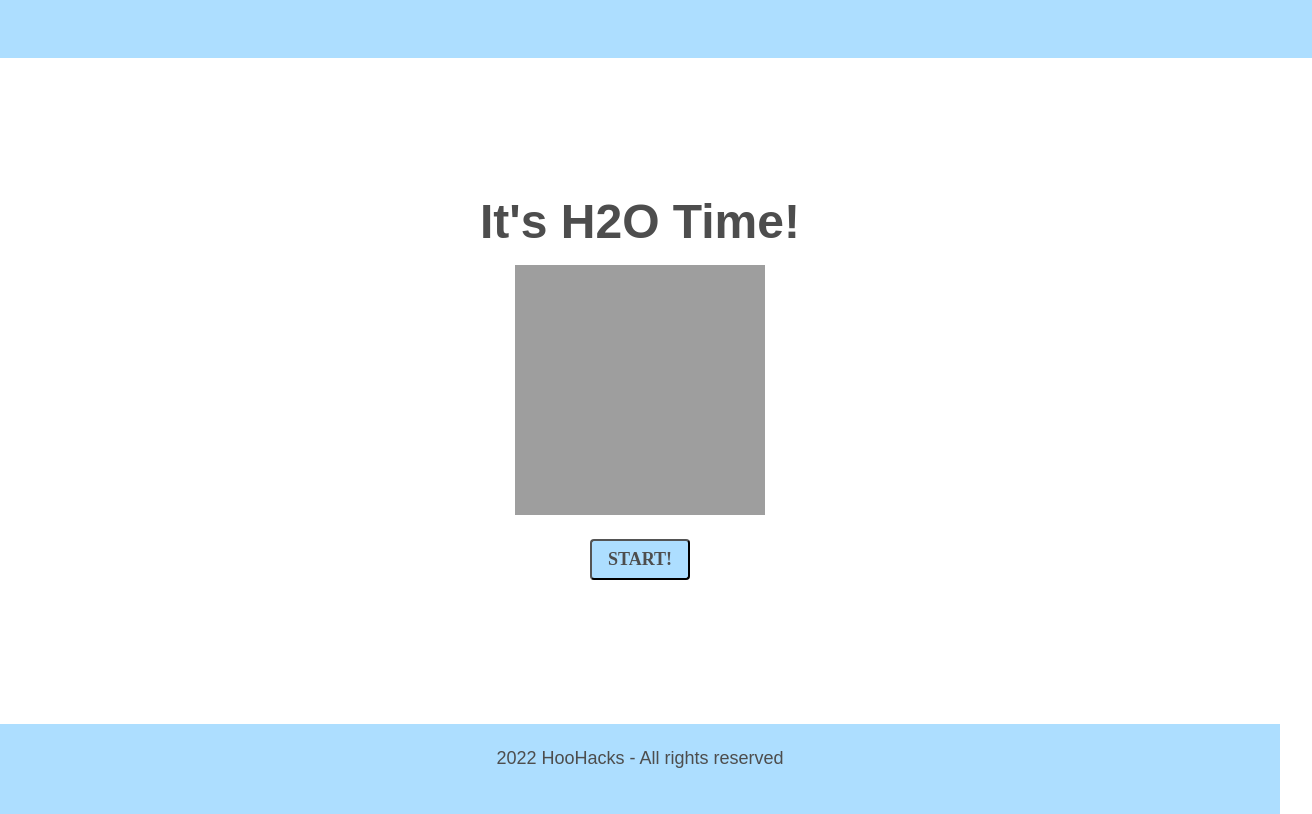
Repository: jennyjjung/H2ODaily
Page: index.html
An editor plug-in stored every save of this project. The page is shown before and after the next save, followed by the edit.
The browser window is 1280 px wide. The page is 1312 px wide, so the pictures cover 1312 px, including what lies to the right of the window. The pictures show the whole page.
Pictures or frames that could not be fetched are drawn as grey boxes. Some web fonts or font styles are not loaded; a fallback is used.

Above is the page before, as saved 2022-03-26 16:25:11.

After the next save:
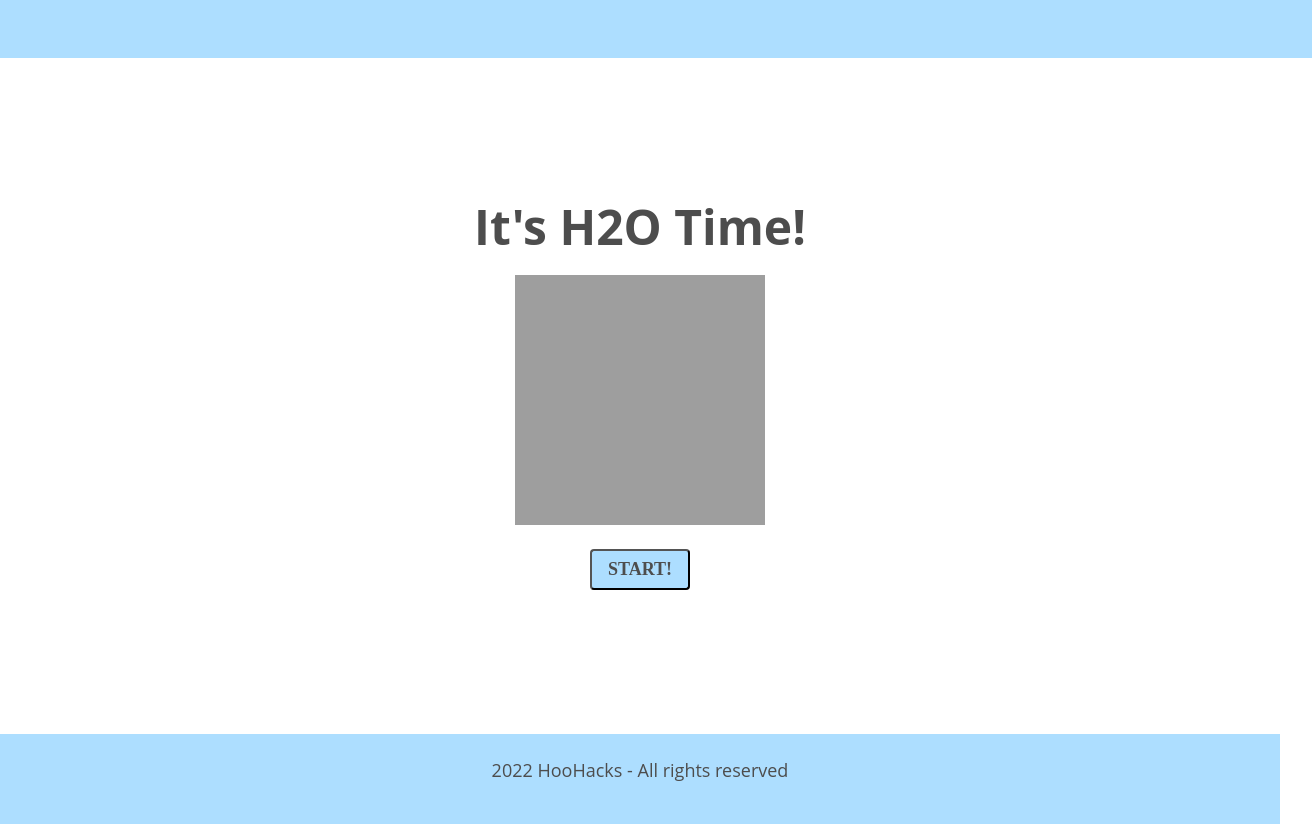
Saved 32 s later.
--- a/style.css
+++ b/style.css
@@ -24,7 +24,7 @@
 
 body {
   margin: 0;
-  font-family: sans-serif;
+  font-family: "Open Sans";
   cursor: default;
 }
 
